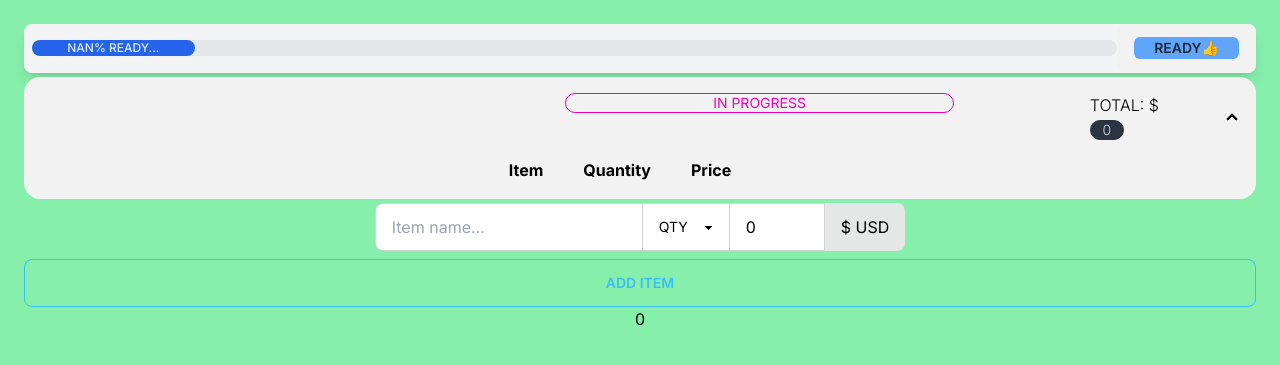
Repository: bitepay/bitepay-xyz
Page: /table
An editor plug-in stored every save of this project. The page is shown before and after the next save, followed by the edit.
The browser window is 1280 px wide. The pictures show the whole page.
The page's requests for data from a server got no answer. The project was rebuilt for these pictures with package versions that can differ from the ones it lists, and the page was loaded fresh each time. The framework's server and built-in components were replaced by stand-ins that run in the browser. No one was signed in, and anything a server would have sent is missing. Also part of the build but not shown: next.config.js.

Above is the page before, as saved 2023-06-27 08:22:33.

### src/pages/_app.js
import '@/styles/globals.css';
import { UserSocketProvider } from '@/context/UserSocketContext';

export default function App({ Component, pageProps }) {
  return (
    <UserSocketProvider>
      <Component {...pageProps} />
    </UserSocketProvider>
  )
}

### src/pages/table.js

// import Image from 'next/image'
import Head from "next/head"
// import Link from "next/link"
import { Inter } from 'next/font/google'

import { useUserSocketContext } from '@/context/UserSocketContext'

import { AddItemInput } from '@/components/AddItemInput'
import { ProgressBar } from '@/components/ProgressBar'
import { UserBill } from '@/components/UserBill'
import { MembersBill } from '@/components/MembersBill'

const inter = Inter({ subsets: ['latin'] })

export default function Table() {

  const { socket, user, tableMembers } = useUserSocketContext();

  if (user.tableID !== 0) {
    socket.emit('joinTable', user)
  }

  const handleUserDelete = (user, payload) => {
    socket.emit('userDeleteItem', {user, payload})
  };

  const handleUserUpdate = (user, payload) => {
    socket.emit('userUpdate', {user, payload})
  };

  const userUpdateStatus = (user) => {
    if (user.status === 'PROCESSING') {
      socket.emit('userUpdateStatus', { ...user, status: 'READY' })
    } else {
      socket.emit('userUpdateStatus', { ...user, status: 'PROCESSING' })
    }
  }

  return (
    <>
      <Head>
        <title>BitePay - Table</title>
        <meta name="description" content="The fastest and easiest way to divvy up the dining bill between your friends."></meta>
      </Head>

      <main className={`flex min-h-screen flex-col items-center p-6 ${inter.className} bg-green-300`} >

        <ProgressBar user={user} tableMembers={tableMembers} userUpdateStatus={userUpdateStatus} />
        <UserBill user={user} handleUserDelete={handleUserDelete} />
        <AddItemInput user={user} handleUserUpdate={handleUserUpdate} />
        <MembersBill tableMembers={tableMembers} userId={user.id}/>

      </main>
    </>
  )
}

### src/context/UserSocketContext.js
'use client';
import React, { createContext, useEffect, useState, useContext } from 'react'
import { io } from 'socket.io-client'


// Create a new context
const UserSocketContext = createContext({});

// Custom context provider component
export const UserSocketProvider = ({ children }) => {

  const [socket, setSocket] = useState(null);

  const [user, setUser] = useState({
    id: '',
    username: '',
    tableID: 0,
    myItems: [],
    tip: 15,
    total: 0,
    status: 'PROCESSING',
  });

  const [tableMembers, setTableMembers] = useState([]);

  // Establish the Socket.IO connection when the component mounts
  useEffect(() => {

    const socket = io('https://bitepay.xyz');
    setSocket(socket);

    socket.on('connect', () => {
      console.log('Successfully connected to the ws server!')
    })

    // set user id to the websocket id
    socket.on('setId', (data) => setUser((prevUser) => {
      prevUser.id = data
      return prevUser;
    }));

    // listen to events from ws server regarding members of the table
    socket.on('tableMembers', (data) => setTableMembers((prevTableMembers) => { return [...data.slice()] }));

    // listen to events from ws server regarding updates to tableMembers
    socket.on('tableMemberUpdate', (data) => {

      if (data.id === user.id) {
        setUser((prevUser) => {
          prevUser.myItems = data.myItems;
          prevUser.tip = data.tip;
          prevUser.total = data.total;
          prevUser.status = data.status;
          return prevUser;
        })
      }

      setTableMembers((prevTableMembers) => {
        return prevTableMembers.map((member) => {
          if (member.id === data.id) {
            member.myItems = data.myItems
            member.tip = data.tip
            member.total = data.total
            member.status = data.status
            return member
          } else {
            return member
          }
        })
      })
    });

    // listen to events from ws server regarding members leaving the table
    socket.on('userLeft', (data) => {
      setTableMembers((prevTableMembers) => {
        return prevTableMembers.filter((member) => {
          return member.id !== data.id
        })
      })
    });

    socket.on('disconnect', () => {
      console.log('Disconnected from the ws server!');
    });

    // Clean up the socket connection when the component unmounts
    return () => {
      socket.off('connect');
      socket.off('setId');
      socket.off('tableMembers');
      socket.off('tableMemberUpdate');
      socket.off('userLeft');
      socket.disconnect();
    };
  }, [user.id]);

  // Provide the socket object to the child components
  return (
    <UserSocketContext.Provider value={{socket, user, setUser, tableMembers, setTableMembers}}>
      {children}
    </UserSocketContext.Provider>
  );
};

// Export the SocketContext
export default UserSocketContext;

// Export a custom hook that can be used to consume this context
export const useUserSocketContext = () => useContext(UserSocketContext);

### src/components/AddItemInput.jsx
import { useState } from 'react';

export const AddItemInput = ({ handleUserUpdate, user }) => {
	const [itemName, setItemName] = useState('');
	const [itemPrice, setItemPrice] = useState(0);
	const [itemQuantity, setItemQuantity] = useState(0);

	const handleClick = (e)=> {
			e.preventDefault();
			if (itemQuantity === 0) {
					alert("Don't forget to add quantity!");
			}
			else if (itemPrice <= 0) {
					alert("Please don't forget to add your item's price!");
			}
			else if (itemName != "" && itemPrice > 0 && itemQuantity > 0) {
					const itemID = Math.ceil(Math.random()*1000000000);
					const payload = {itemID, itemName, itemPrice, itemQuantity};
					handleUserUpdate(user, payload);
					setItemName('');
					setItemPrice(0);
			} else {
					alert("Please fill out all fields");
			}
	}

	return (
		<>
			<div className="join mx-auto">

				<div>
					<input className="input input-bordered join-item max-w-34" placeholder="Item name..." value={itemName} onChange={(e) => {setItemName(e.target.value)}}/>
				</div>


				<select className="select select-bordered join-item" value={itemQuantity} onChange={(e) => setItemQuantity(e.target.value)}>
					<option disabled value={0}>QTY</option>
					<option value={1/4}>
							1/4
					</option>
					<option value={1/3}>
							1/3
					</option>
					<option value={1/2}>
							1/2
					</option>
					<option value={1}>
							1
					</option>
					<option value={2}>
							2
					</option>
					<option value={3}>
							3
					</option>
					<option value={4}>
							4
					</option>
				</select>

				<div>
					<label className="input-group">
						<input className="input input-bordered join-item w-24" placeholder="0.00" type="number" value={itemPrice} onChange={(e) => {setItemPrice(e.target.value)}}/>
						<span className="text-center">$ USD</span>
					</label>
				</div>
			</div>
			<button class="btn btn-block btn-outline btn-info mt-2" onClick={(e) => handleClick(e) }>ADD ITEM</button>
		</>
	)
};

### src/components/ProgressBar.jsx
import { useState, useEffect } from 'react';

export const ProgressBar = ({ tableMembers, user, userUpdateStatus }) => {

  const [progress, setProgress] = useState(0);

  useEffect(() => {
    const completed = tableMembers.filter((member) => member.status === 'READY');
    const progress = Math.round(100 * ((completed.length / tableMembers.length) * 100)) / 100;
    setProgress(progress);

    console.log(`Re-render triggered from tableMember update in ProgressBar. Progress is now ${progress}%`)
  }, [tableMembers])

  const progressBar = (progress) => {
    if (progress === 100) {
      return (
          <div className="w-full bg-gray-200 rounded-full dark:bg-gray-700">
            <div className="bg-green-600 text-xs font-medium text-green-100 text-center p-0.5 leading-none rounded-full" style={{width: `${progress}%`}}> {progress}% COMPLETE! </div>
          </div>
      )
    } else {
      return (
        <div className="w-full bg-gray-200 rounded-full dark:bg-gray-700">
            <div className="bg-blue-600 text-xs font-medium text-blue-100 text-center p-0.5 leading-none rounded-full" style={{width: `${progress < 15 ? 15 : progress}%`}}> {progress}% READY... </div>
          </div>
      )
    }
  }

  const handleChange = () => {
    userUpdateStatus(user)
  }

  const toggleStatusButton = (status) => {
    return (
      <label className="btn swap swap-rotate">

        {/* this hidden checkbox controls the state */}
        <input type="checkbox" onChange={() => handleChange()} checked={user.status === 'READY'}/>

        {/* ready icon */}

        <div class="swap-on bg-red-400 p-1 rounded-md">Make changes</div>
        <div class="swap-off bg-blue-400 p-1 rounded-md">Ready👍</div>

        {/* not ready icon */}


      </label>
    )

  }



  return (

      <div className="w-full flex items-center justify-between mb-.5 mx-auto pl-2 overflow-hidden rounded-lg shadow-lg bg-gray-100 uppercase border-b border-gray-100">
          {progressBar(progress)}
        <div id="final-bill-button">
          {toggleStatusButton(user.status)}
        </div>
      </div>

  )
}

### src/components/UserBill.jsx
export const UserBill = ({ user, handleUserDelete }) => {

  const UserItem = (item) => {
    const { itemID, itemName, itemPrice, itemQuantity } = item

    return (
      <tr key={`user-item-${itemID}`}>
				<td className="px-5">{itemName}</td>
				<td className="px-5">{itemQuantity}</td>
				<td className="px-5">{itemPrice}</td>
				{/* This is where we need to add the delete button for User delete feature */}
				<td className="px-5"><button className="btn btn-outline btn-error" onClick={() => handleUserDelete(user, item)} disabled={user.status === 'READY'}>DELETE</button></td>
			</tr>
    )
  }

  return (
    <div className="collapse collapse-arrow bg-base-200 m-1">
      <input type="radio" name="my-accordion-2" defaultChecked="true"/>
      <div className="collapse-title">
        {/* This is where we need to render name, status, and total */}
        <div className="flex justify-between">
          <div className="font-medium w-1/3">
            {user.username}
          </div>
          <div className={`badge w-1/3 ${user.status === 'READY' ? 'badge-accent' : 'badge-secondary badge-outline'}`}>
            {user.status === 'READY' ? 'READY' : 'IN PROGRESS'}
          </div>
          <div className="text-md font-light mr-4">
            TOTAL{': $ '}
            <div className={`badge w-1/3 ${user.status === 'READY' ? 'badge-primary' : 'badge-neutral'}`}>
              {user.total}
            </div>
          </div>

        </div>
      </div>
      <div className="collapse-content">
        {/* This is where I need to map through user items */}
        <table className="table-auto mx-auto">
          <thead>
            <tr>
              <th className="px-5">Item</th>
              <th className="px-5">Quantity</th>
              <th className="px-5">Price</th>
              <th className="px-5"></th>
            </tr>
          </thead>
          <tbody>
            {user.myItems.map((item) => UserItem(item))}
          </tbody>
          </table>
      </div>
    </div>
  )
}

### src/components/MembersBill.jsx
export const MembersBill = ({ tableMembers, userId }) => {

  const MemberItem = (item) => {
    const { itemID, itemName, itemPrice, itemQuantity } = item

    return (
      <tr key={`member-item-${itemID}`}>
        <td className="px-5">{itemName}</td>
        <td className="px-5">{itemQuantity}</td>
        <td className="px-5">{itemPrice}</td>
        <td className="px-5">{' '}</td>
      </tr>
    )
  }

  return (
    <>
      {tableMembers.length && tableMembers.map((member) => {
        if (member.id !== userId) {
          return (
            <div key={`${member.id}-list-items`} className="collapse collapse-arrow bg-base-200 m-1">
              <input type="radio" name="my-accordion-2"/>
              <div className="collapse-title text-xl font-medium">
                {/* This is where we need to render name, status, and total */}
                {member.username}
              </div>
              <div className="collapse-content">
              <table className="table-auto mx-auto">
                <thead>
                  <tr>
                    <th className="px-5">Item</th>
                    <th className="px-5">Quantity</th>
                    <th className="px-5">Price</th>
                    <th className="px-5"></th>
                  </tr>
                </thead>
                <tbody>
                  {member.myItems?.length ? member.myItems.map((item) => MemberItem(item)) : <tr key="user-no-items"><td>No items yet</td></tr>}
                </tbody>
                </table>
              </div>
            </div>
          )
        }
      })}
    </>
  )
};

### tailwind.config.js
/** @type {import('tailwindcss').Config} */
module.exports = {
  content: [
    './src/pages/**/*.{js,ts,jsx,tsx,mdx}',
    './src/components/**/*.{js,ts,jsx,tsx,mdx}',
    './src/app/**/*.{js,ts,jsx,tsx,mdx}',
  ],
  theme: {
    extend: {
      backgroundImage: {
        'gradient-radial': 'radial-gradient(var(--tw-gradient-stops))',
        'gradient-conic':
          'conic-gradient(from 180deg at 50% 50%, var(--tw-gradient-stops))',
      },
    },
  },
  daisyui: {
    themes: [
      "light",
      "dark"
    ],
  },
  plugins: [require("daisyui")],
}

Loaded but not shown: src/pages/_document.js (common file); src/styles/globals.css (common file)

After the next save:
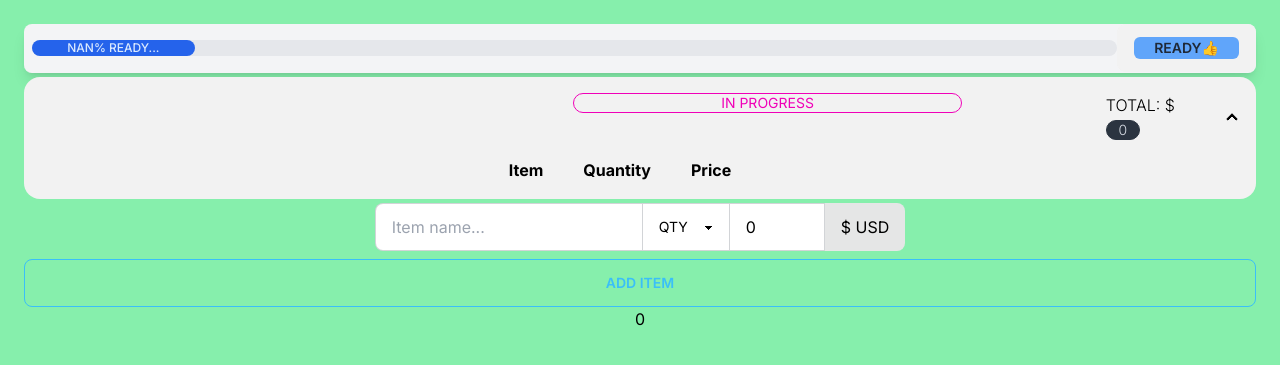
Saved 66 s later.
--- a/src/components/UserBill.jsx
+++ b/src/components/UserBill.jsx
@@ -26,7 +26,7 @@ export const UserBill = ({ user, handleUserDelete }) => {
           <div className={`badge w-1/3 ${user.status === 'READY' ? 'badge-accent' : 'badge-secondary badge-outline'}`}>
             {user.status === 'READY' ? 'READY' : 'IN PROGRESS'}
           </div>
-          <div className="text-md font-light mr-4">
+          <div className="font-light">
             TOTAL{': $ '}
             <div className={`badge w-1/3 ${user.status === 'READY' ? 'badge-primary' : 'badge-neutral'}`}>
               {user.total}
